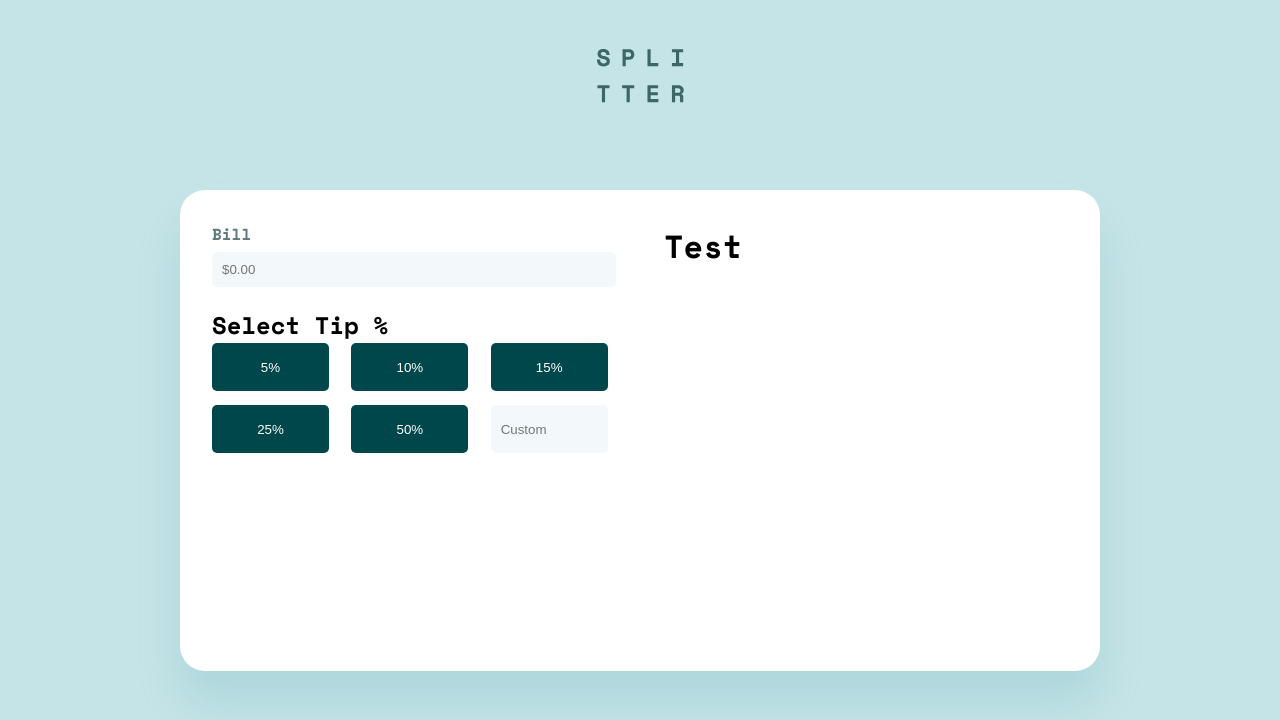
Repository: brandontaylor1/splitter
Page: index.html
An editor plug-in stored every save of this project. The page is shown before and after a run of saves, followed by the edit.
The browser window is 1280 px wide. The pictures show the whole page.

Above is the page before, as saved 2025-02-06 16:43:13.

After the next 4 saves:
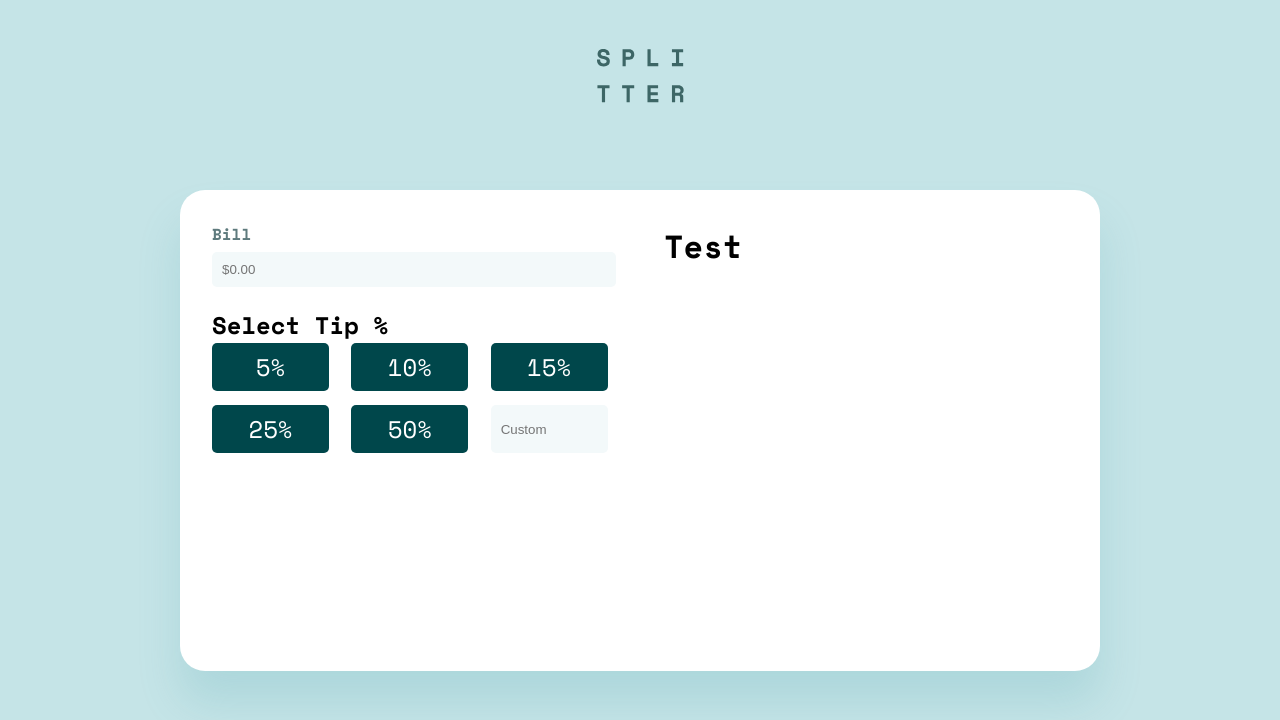
The 4 saves are shown as one change because they came seconds apart.
The last was saved 10 s later.
--- a/styles.css
+++ b/styles.css
@@ -117,8 +117,8 @@ input {
     border-radius: 5px;
     background-color: #00474B;
     color: var(--primary-white);
-    font-size: "Space Mono", monospace;
-    fon
+    font-family: "Space Mono", monospace;
+    font-size: 24px;
 
 
 }
